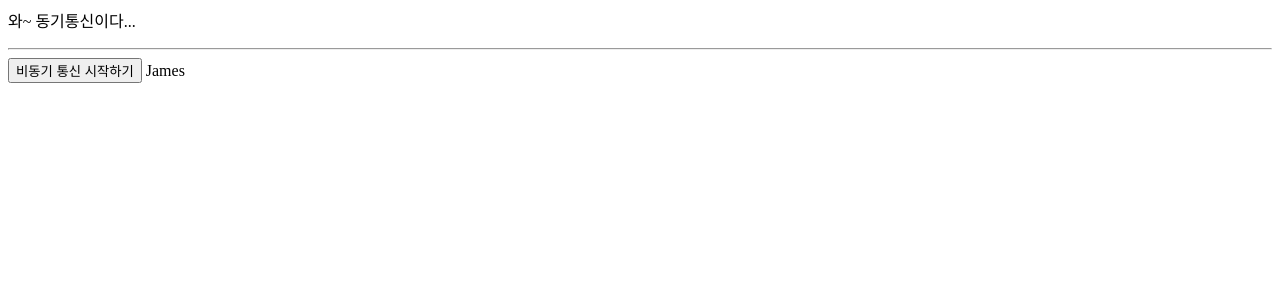
Repository: skybluelion/KB
Page: http://localhost/sp12_Ajax/synchro
An editor plug-in stored every save of this project. The page is shown before and after the next save, followed by the edit.
The browser window is 1280 px wide. The pictures show the whole page.
After loading, the first visible `#asynch` was clicked once.
The page is served by Tomcat 9. Other server files are loaded and not shown.

Above is the page before, as saved 2023-05-03 01:24:43.

### KB/work07_spring/sp12_Ajax/src/main/webapp/WEB-INF/views/synchro_result.jsp
<%@ page language="java" contentType="text/html; charset=UTF-8"
    pageEncoding="UTF-8"%>
<script src="https://cdnjs.cloudflare.com/ajax/libs/jquery/3.6.0/jquery.min.js"></script>
<!DOCTYPE html>
<html>
<head>
<meta charset="UTF-8">
<title>Insert title here</title>
<script>
	$(function() {
		$('#asynch').click(function() {
			$.ajax({
				//요청
				type: 'get',
				url: 'asynch',

				//응답
				success: function(data) { //json방식 객체단위로 데이터를 받아옴..
					var jsonData = JSON.parse(data); //반드시 parsing 한다음 사용
					$('#jsonView').html(jsonData.person.name); //data.name person으로 묶여있지 않은 경우
				}//callback
			});//ajax
		});
	});
</script>
</head>
<body>
${info}

<p></p>
<hr>
<input type="button" value="비동기 통신 시작하기" id="asynch">
<!-- 비동기 통신은 결과페이지가 별도로 존재하는 것이 아니라 요청한 바로 그 페이지의 특정 영역으로 출력 -->
<span id="jsonView"></span>
</body>
</html>

### KB/work07_spring/sp12_Ajax/src/main/java/com/service/spring/domain/Person.java
package com.service.spring.domain;

public class Person {
	private String name;
	private String address;

	public Person(String name, String address) {
		super();
		this.name = name;
		this.address = address;
	}

	public String getName() {
		return name;
	}

	public void setName(String name) {
		this.name = name;
	}

	public String getAddress() {
		return address;
	}

	public void setAddress(String address) {
		this.address = address;
	}

	@Override
	public String toString() {
		return "Person [name=" + name + ", address=" + address + "]";
	}


}

After the next save:
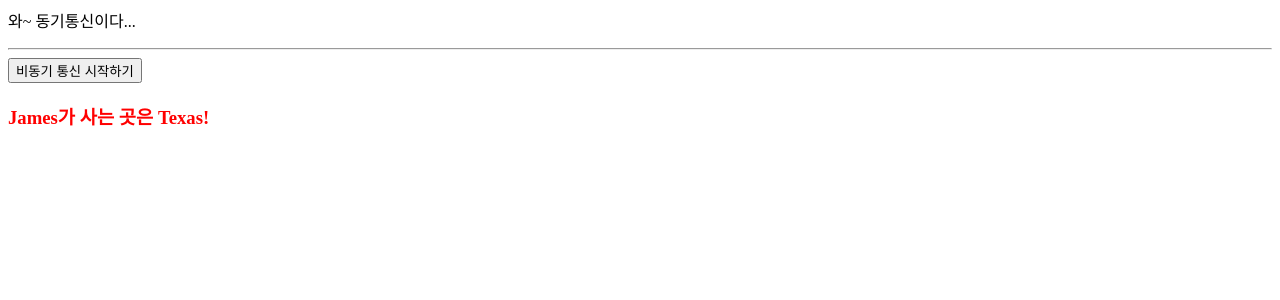
Saved 95 s later.
--- a/KB/work07_spring/sp12_Ajax/src/main/webapp/WEB-INF/views/synchro_result.jsp
+++ b/KB/work07_spring/sp12_Ajax/src/main/webapp/WEB-INF/views/synchro_result.jsp
@@ -17,7 +17,9 @@
 				//응답
 				success: function(data) { //json방식 객체단위로 데이터를 받아옴..
 					var jsonData = JSON.parse(data); //반드시 parsing 한다음 사용
-					$('#jsonView').html(jsonData.person.name); //data.name person으로 묶여있지 않은 경우
+					$('#jsonView').html("<h3><font color='red'>"+jsonData.person.name
+									+"가 사는 곳은 "+jsonData.person.address+"!</font></h3>"
+									); //data.name person으로 묶여있지 않은 경우
 				}//callback
 			});//ajax
 		});
